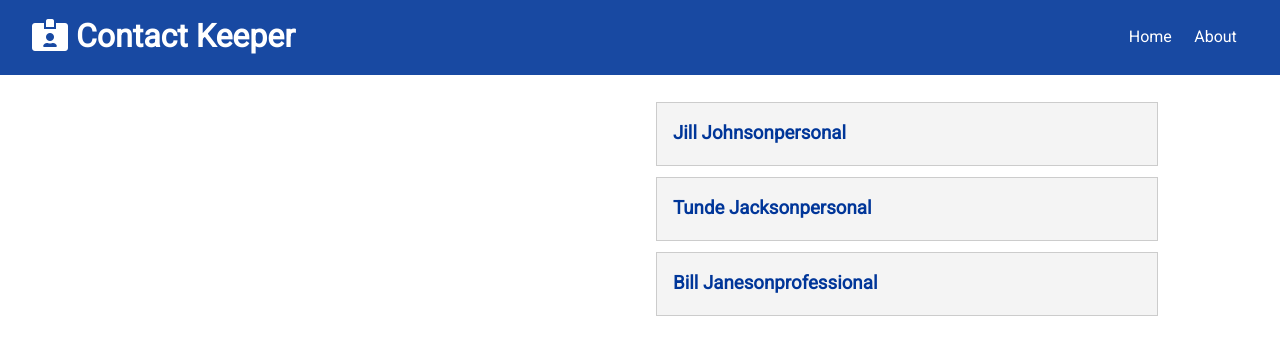
Repository: Art101-ui/Contact-keeper
Page: / (app in client/)
These files come from the project's save history. The page is drawn as it stood at one moment and after the next save; the edit follows.
The browser window is 1280 px wide. The pictures show the whole page.
Some web libraries are served in a nearby version. The project was rebuilt for these pictures with package versions that can differ from the ones it lists, and the page was loaded fresh each time. A package was used in the major version that the imports need, not the one package.json lists. Also part of the build but not shown: client/src/components/pages/About.js.

Above is the page before, as saved 2021-09-19 23:31:25.

### client/public/index.html
<!DOCTYPE html>
<html lang="en">
  <head>
    <meta charset="utf-8" />
    <link rel="icon" href="%PUBLIC_URL%/favicon.ico" />
    <link rel="stylesheet" href="https://pro.fontawesome.com/releases/v5.10.0/css/all.css" integrity="sha384-AYmEC3Yw5cVb3ZcuHtOA93w35dYTsvhLPVnYs9eStHfGJvOvKxVfELGroGkvsg+p" crossorigin="anonymous"/>
    <meta name="viewport" content="width=device-width, initial-scale=1" />
    <meta name="theme-color" content="#000000" />
    <meta
      name="description"
      content="Web site created using create-react-app"
    />
    <link rel="apple-touch-icon" href="%PUBLIC_URL%/logo192.png" />
    <link rel="manifest" href="%PUBLIC_URL%/manifest.json" />

    <title>Contact keeper</title>
  </head>
  <body>
    <noscript>You need to enable JavaScript to run this app.</noscript>
    <div id="root"></div>

  </body>
</html>

### client/src/App.js
import React, {Fragment} from 'react'
import {BrowserRouter as Router,Switch,Route} from 'react-router-dom'

import Navbar from './components/layout/Navbar';
import ContactState from './context/contact/ContactState';
import Home from './components/pages/Home';
import About from './components/pages/About';
import './App.css';

function App() {
  return (
    <ContactState>
      <Router>
        <Fragment>
          <Navbar/>
          <div className="container">
            <Switch>
              <Route exact path = '/' component = {Home}/>
              <Route exact path = '/about' component = {About}/>
            </Switch>
          </div>
        </Fragment>
      </Router>
    </ContactState>
  );
}

export default App;

### client/src/components/layout/Navbar.js
import React from 'react'
import PropTypes from 'prop-types'
import { Link } from 'react-router-dom'



const Navbar = ({title,icon}) => {
    return (
        <div className="navbar bg-primary">
            <h1>
              <i className={icon}/> {title}
            </h1>
            <ul>
                <li>
                   <Link to='/'>Home</Link>
                </li>
                <li>
                   <Link to='/about'>About</Link>
                </li>
            </ul>
        </div>
    )
}

Navbar.propTypes={
    title:PropTypes.string.isRequired,
    icon:PropTypes.string
}

Navbar.defaultProps = {
    title: "Contact Keeper",
    icon: "fas fa-id-card-alt"
}

export default Navbar

### client/src/context/contact/ContactState.js
import React, {useReducer}from "react";
import uuid from "uuid"
import ContactContext from "./contactContext"
import contactReducer from "./contactReducer"

import {
    GET_CONTACTS,
    ADD_CONTACT,
    DELETE_CONTACT,
    SET_CURRENT,
    CLEAR_CURRENT,
    UPDATE_CONTACT,
    CLEAR_CONTACTS,
    FILTER_CONTACTS,
    CLEAR_FILTER
} from '../type'

const ContactState = props => {
    const initialState = {
        contacts : [
            {
            id:1,
            name:'Jill Johnson',
            email:'111-111-1111',
            type:'personal'
        },
            {
            id:2,
            name:'Tunde Jackson',
            email:'111-221-1111',
            type:'personal'
        },
            {
            id:3,
            name:'Bill Janeson',
            email:'241-111-1111',
            type:'professional'
        }
    ]
    }

    const [state, dispatch] = useReducer(contactReducer, initialState)

    // Add Contact

    // Delete Contact

    // SetCurrent Contact

    // ClearCurrent Contact

    // Update Contact

    // Filter Contacts

    // Clear Filter

    return(
       <ContactContext.Provider
       value={{
           contacts:state.contacts
       }}>
           {props.children}
       </ContactContext.Provider>
    )
}

export default ContactState

### client/src/components/pages/Home.js
import React from 'react'
import Contacts from '../contacts/Contacts'

const Home = () => {
    return (
        <div>
           <div className="grid-2">
               <div>
                  {}
               </div>
               <div>
                 <Contacts/>
               </div>
           </div>
        </div>
    )
}

export default Home

### client/src/App.css
@import url('https://fonts.googleapis.com/css?family=Roboto');

/* Global Styles */
:root {
  --primary-color: #003699;
  --dark-color: #333333;
  --light-color: #f4f4f4;
  --danger-color: #dc3545;
  --success-color: #28a745;
}

* {
  box-sizing: border-box;
  margin: 0;
  padding: 0;
}

body {
  font-family: 'Roboto', sans-serif;
  font-size: 1rem;
  line-height: 1.6;
  background-color: #fff;
  color: #333;
}

a {
  color: var(--primary-color);
  text-decoration: none;
}

a:hover {
  color: #666;
}

ul {
  list-style: none;
}

img {
  width: 100%;
}

/* Utilities */
.container {
  max-width: 1100px;
  margin: auto;
  overflow: hidden;
  padding: 0 2rem;
}

/* Text Styles*/
.x-large {
  font-size: 4rem;
  line-height: 1.2;
  margin-bottom: 1rem;
}

.large {
  font-size: 3rem;
  line-height: 1.2;
  margin-bottom: 1rem;
}

.lead {
  font-size: 1.5rem;
  margin-bottom: 1rem;
}

.text-center {
  text-align: center;
}

.text-primary {
  color: var(--primary-color);
}

.text-dark {
  color: var(--dark-color);
}

.text-center {
  text-align: center;
}

.text-right {
  text-align: right;
}

.text-left {
  text-align: left;
}

/* Cards */
.card {
  padding: 1rem;
  border: #ccc 1px dotted;
  margin: 0.7rem 0;
}

/* List */
.list {
  margin: 0.5rem 0;
}

.list li {
  padding-bottom: 0.3rem;
}

/* Padding */
.p {
  padding: 0.5rem;
}
.p-1 {
  padding: 1rem;
}
.p-2 {
  padding: 2rem;
}
.p-3 {
  padding: 3rem;
}
.py {
  padding: 0.5rem 0;
}
.py-1 {
  padding: 1rem 0;
}
.py-2 {
  padding: 2rem 0;
}
.py-3 {
  padding: 3rem 0;
}

/* Margin */
.m {
  margin: 0.5rem;
}
.m-1 {
  margin: 1rem;
}
.m-2 {
  margin: 2rem;
}
.m-3 {
  margin: 3rem;
}
.my {
  margin: 0.5rem 0;
}
.my-1 {
  margin: 1rem 0;
}
.my-2 {
  margin: 2rem 0;
}
.my-3 {
  margin: 3rem 0;
}

/* Grid */
.grid-2 {
  display: grid;
  grid-template-columns: repeat(2, 1fr);
  grid-gap: 2rem;
}

.grid-3 {
  display: grid;
  grid-template-columns: repeat(3, 1fr);
  grid-gap: 1rem;
}

.grid-4 {
  display: grid;
  grid-template-columns: repeat(4, 1fr);
  grid-gap: 2rem;
}

.grid-2-3 {
  display: grid;
  grid-template-columns: 2fr 3fr;
  grid-gap: 2rem;
}

.btn {
  display: inline-block;
  background: var(--light-color);
  color: #333;
  padding: 0.4rem 1.3rem;
  font-size: 1rem;
  border: none;
  cursor: pointer;
  margin-right: 0.5rem;
  transition: opacity 0.2s ease-in;
  outline: none;
}

.btn-link {
  background: none;
  padding: 0;
  margin: 0;
}

.btn-block {
  display: block;
  width: 100%;
}

.btn-sm {
  font-size: 0.8rem;
  padding: 0.3rem 1rem;
  margin-right: 0.2rem;
}

.badge {
  font-size: 0.8rem;
  padding: 0.2rem 0.7rem;
  text-align: center;
  margin: 0.3rem;
  background: var(--light-color);
  color: #333;
  border-radius: 5px;
}

.alert {
  padding: 0.7rem;
  margin: 1rem 0;
  opacity: 0.9;
  background: var(--light-color);
  color: #333;
}

.btn-primary,
.bg-primary,
.badge-primary,
.alert-primary {
  background: var(--primary-color);
  color: #fff;
}

.btn-light,
.bg-light,
.badge-light,
.alert-light {
  background: var(--light-color);
  color: #333;
}

.btn-dark,
.bg-dark,
.badge-dark,
.alert-dark {
  background: var(--dark-color);
  color: #fff;
}

.btn-danger,
.bg-danger,
.badge-danger,
.alert-danger {
  background: var(--danger-color);
  color: #fff;
}

.btn-success,
.bg-success,
.badge-success,
.alert-success {
  background: var(--success-color);
  color: #fff;
}

.btn-white,
.bg-white,
.badge-white,
.alert-white {
  background: #fff;
  color: #333;
  border: #ccc solid 1px;
}

.btn:hover {
  opacity: 0.8;
}

.bg-light,
.badge-light {
  border: #ccc solid 1px;
}

.round-img {
  border-radius: 50%;
}

/* Forms */
input {
  margin: 1.2rem 0;
}

.form-text {
  display: block;
  margin-top: 0.3rem;
  color: #888;
}

input[type='text'],
input[type='email'],
input[type='password'],
input[type='date'],
select,
textarea {
  display: block;
  width: 100%;
  padding: 0.4rem;
  font-size: 1.2rem;
  border: 1px solid #ccc;
}

input[type='submit'],
button {
  font: inherit;
}

.form-group {
  margin: 1.2rem 0;
}

.form-group input {
  margin: 0.2rem 0;
}

.form-container {
  max-width: 500px;
  margin: 2rem auto;
  overflow: hidden;
  padding: 0 2rem;
}

.form-container h1,
h2,
h3 {
  text-align: center;
}

table th,
table td {
  padding: 1rem;
  text-align: left;
}

table th {
  background: var(--light-color);
}

/* Navbar */
.navbar {
  display: flex;
  justify-content: space-between;
  align-items: center;
  padding: 0.7rem 2rem;
  z-index: 1;
  width: 100%;
  border-bottom: solid 1px var(--primary-color);
  opacity: 0.9;
  margin-bottom: 1rem;
}

.navbar ul {
  display: flex;
}

.navbar a {
  color: #fff;
  padding: 0.45rem;
  margin: 0 0.25rem;
}

.navbar a:hover {
  color: var(--light-color);
}

.navbar .welcome span {
  margin-right: 0.6rem;
}

/* Animation (Add After) */
.item-enter {
  opacity: 0;
}
.item-enter-active {
  opacity: 1;
  transition: opacity 1000ms ease-in;
}
.item-exit {
  opacity: 1;
}
.item-exit-active {
  opacity: 0;
  transition: opacity 1000ms ease-in;
}

/* Mobile Styles */
@media (max-width: 700px) {
  .hide-sm {
    display: none;
  }

  .grid-2,
  .grid-3,
  .grid-4 {
    grid-template-columns: 1fr;
  }

  /* Text Styles */
  .x-large {
    font-size: 3rem;
  }

  .large {
    font-size: 2rem;
  }

  .lead {
    font-size: 1rem;
  }

  /* Navbar */
  .navbar {
    display: block;
    text-align: center;
  }

  .navbar h1 {
    margin-bottom: 0.6rem;
  }

  .navbar ul {
    text-align: center;
    justify-content: center;
  }
}

### client/src/context/contact/contactContext.js
import { createContext } from "react";

const contactContext = createContext()

export default contactContext;

### client/src/context/type.js
export const GET_CONTACTS = 'GET_CONTACTS';
export const ADD_CONTACT = 'ADD_CONTACT';
export const DELETE_CONTACT = 'DELETE_CONTACT';
export const SET_CURRENT = 'SET_CURRENT';
export const CLEAR_CURRENT = 'CLEAR_CURRENT';
export const UPDATE_CONTACT = 'UPDATE_CONTACT';
export const FILTER_CONTACTS = 'FILTER_CONTACTS';
export const CLEAR_CONTACTS = 'CLEAR_CONTACTS';
export const CONTACT_ERROR = 'CONTACT_ERROR';
export const CLEAR_FILTER = 'CLEAR_FILTER';
export const SET_ALERT = 'SET_ALERT';
export const REMOVE_ALERT = 'REMOVE_ALERT';
export const REGISTER_SUCCESS = 'REGISTER_SUCCESS';
export const REGISTER_FAIL = 'REGISTER_FAIL';
export const USER_LOADED = 'USER_LOADED';
export const AUTH_ERROR = 'AUTH_ERROR';
export const LOGIN_SUCCESS = 'LOGIN_SUCCESS';
export const LOGIN_FAIL = 'LOGIN_FAIL';
export const LOGOUT = 'LOGOUT';
export const CLEAR_ERRORS = 'CLEAR_ERRORS';

### client/src/components/contacts/Contacts.js
import React, {Fragment,useContext} from 'react'
import ContactsItem from './ContactsItem'
import ContactContext from '../../context/contact/contactContext'

const Contacts = () => {
    const contactContext = useContext(ContactContext)

    const {contacts} = contactContext;
    return (
        <Fragment>
            {contacts.map(contact=>(
                <ContactsItem key ={contact.id} contact = {contact}/>
            ))}
        </Fragment>
    )
}


export default Contacts

### client/src/components/contacts/ContactsItem.js
import React from 'react'

const ContactsItem = ({contact}) => {

    const {id,name,email,phone,type} = contact
    return (
       <div className="card bg-light">
           <h3 className="text-primary text-left">{name}{''}
           <span className={'badge'+(type==='professional' ?'badge-success':'badge-primary')}>{type}</span></h3>
       </div>
    )
}

export default ContactsItem

Loaded but not shown: client/src/index.js (common file); client/src/context/contact/contactReducer.js (no stored copy; drawn as an empty file)

After the next save:
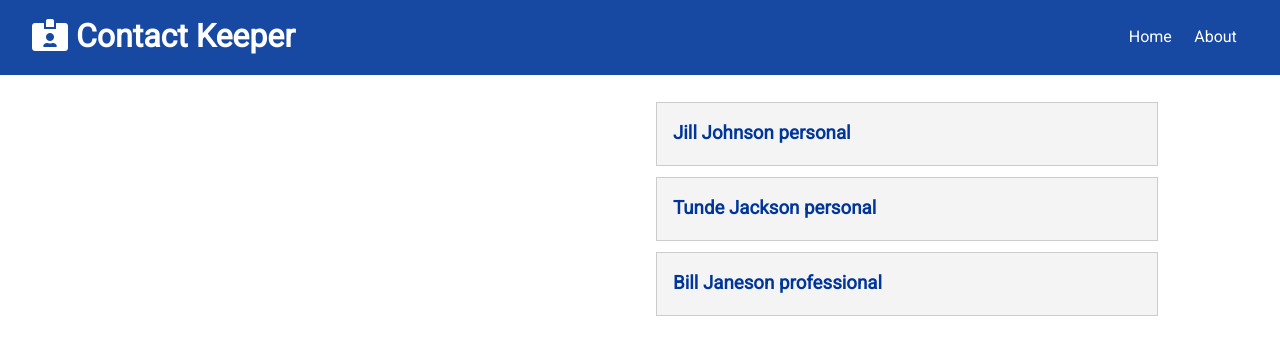
Saved 5 min 54 s later.
--- a/client/src/components/contacts/ContactsItem.js
+++ b/client/src/components/contacts/ContactsItem.js
@@ -5,10 +5,14 @@ const ContactsItem = ({contact}) => {
     const {id,name,email,phone,type} = contact
     return (
        <div className="card bg-light">
-           <h3 className="text-primary text-left">{name}{''}
-           <span className={'badge'+(type==='professional' ?'badge-success':'badge-primary')}>{type}</span></h3>
+           <h3 className="text-primary text-left">
+           {name}{' '}
+           <span
+             className={
+                 'badge' +
+                 (type==='professional' ? 'badge-success' : 'badge-primary')}>{type}</span></h3>
        </div>
-    )
-}
+    );
+};
 
 export default ContactsItem
